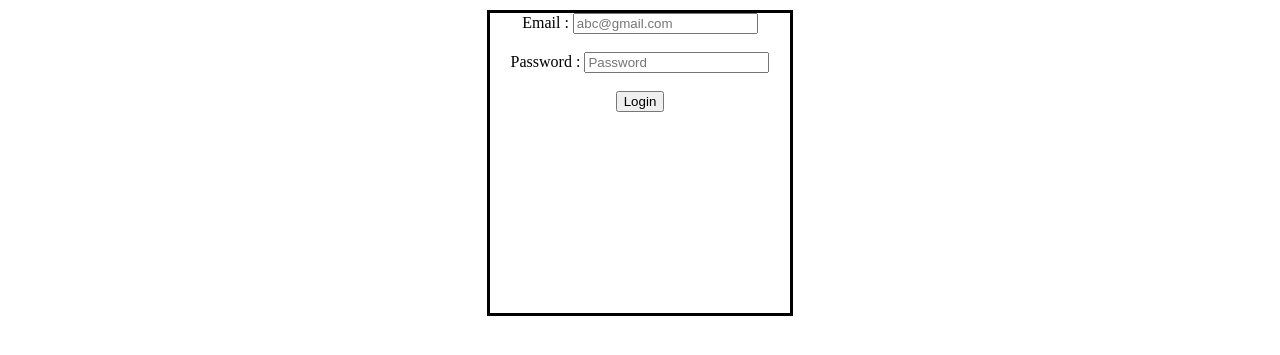
Repository: KD3-86718-yagywalky/Advance-java
Page: http://localhost/Assignment04/
These files come from the project's save history. The page is drawn as it stood at one moment and after the next save; the edit follows.
The browser window is 1280 px wide. The pictures show the whole page.
The page is served by Tomcat 9.

Above is the page before, as saved 2024-12-05 13:16:28.

After the next save:
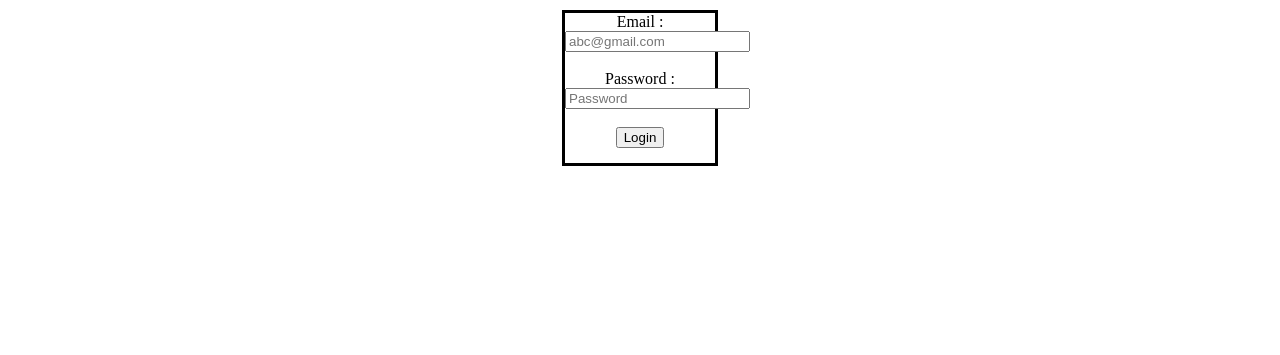
Saved 22 s later.
--- a/Assignment_04/Assignment04/src/main/webapp/index.jsp
+++ b/Assignment_04/Assignment04/src/main/webapp/index.jsp
@@ -9,7 +9,7 @@
 <body>
 <center>
 
-<div style="height: 300px; width: 300px; border: solid; align-self: center; margin: 10px" >
+<div style="height: 150px; width: 150px; border: solid; align-self: center; margin: 10px" >
 
 <form action="login.jsp" method="post">
 Email : <input type="email" name="email" placeholder="abc@gmail.com"> <br/><br/>
